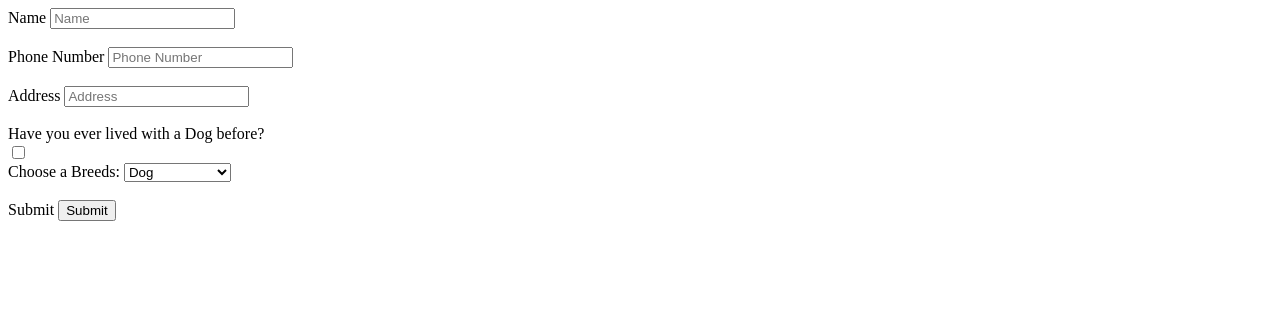
Repository: acciojob/dog-adoption-application-vandanayadav15
Page: main.html
The author's editor kept a copy of each file at every save. The page is drawn from the files as they stood at one save, then again after a run of saves.
The browser window is 1280 px wide. The pictures show the whole page.

Above is the page before, as saved 2022-10-14 11:07:40.

### main.html
<!DOCTYPE html>

<html>

<head>
	<link rel="stylesheet" href="styles.css">
</head>

<body>
	<!-- the entire body must be written by student -->
	<form >
		<label for="name">Name</label>
		<input type="text" id="name" , placeholder="Name" /><br><br>
		<label for="phone number">Phone Number	</label>
		<input type="text" id="phone" placeholder="Phone Number"><br><br>
		<label for="address">Address</label>
		<input type="text" id="address" placeholder="Address"><br><br>
		<label for="dog"> Have you ever lived with a Dog before?</label><br>
		<input type="checkbox" id="checkbox" value="Have you ever lived with a Dog before?"><br>
		<label for="breed">Choose a Breeds:</label>
		<select id="multiselect" name="Please select your preferred breeds">
			<option value="dog">Dog</option>
			<option value="cat">Cat</option>
			<option value="jermansefford">Jermansefford</option>
		</select><br><br>
		<label for="submit">Submit</label>
		<input type="submit" id="submit" value="Submit">

	</form>

	<script type="text/javascript" src="./script.js">
	</script>

</body>

</html>

### styles.css

/* Your CSS Code here. */

Loaded but not shown: script.js (common file)

After the next 2 saves:
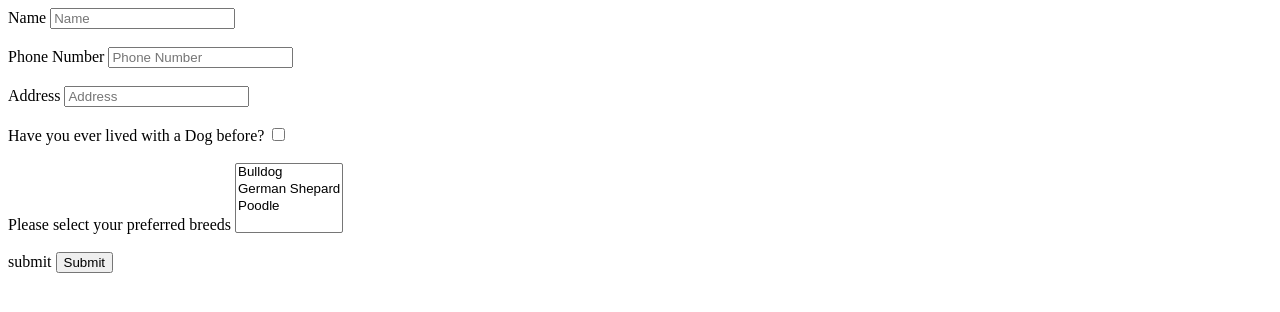
The 2 saves are shown as one change because they came seconds apart.
The last was saved 4 min 58 s later.
--- a/main.html
+++ b/main.html
@@ -8,7 +8,7 @@
 
 <body>
 	<!-- the entire body must be written by student -->
-	<form >
+	<!-- <form >
 		<label for="name">Name</label>
 		<input type="text" id="name" , placeholder="Name" /><br><br>
 		<label for="phone number">Phone Number	</label>
@@ -26,6 +26,29 @@
 		<label for="submit">Submit</label>
 		<input type="submit" id="submit" value="Submit">
 
+	</form> -->
+	<form>
+		<label for "name">Name</label>
+		<input type="text" id="name" placeholder="Name">
+		<br><br>
+		<label for "Phone Number">Phone Number</label>
+		<input type="text" id="phone" placeholder="Phone Number">
+		<br><br>
+		<label for "Address">Address</label>
+		<input type="text" id="address" placeholder="Address">
+		<br><br>
+		<label for "Have you ever lived with a Dog before?">Have you ever lived with a Dog before?</label>
+		<input type="checkbox" id="checkbox" value="Have you ever lived with a Dog before?">
+		<br><br>
+		<label for "Please select your preferred breeds">Please select your preferred breeds</label>
+		<select id="multiSelect" name="Please select your preferred breeds" multiple>
+			<option>Bulldog</option>
+			<option>German Shepard</option>
+			<option>Poodle</option>
+		</select>
+		<br><br>
+		<label for "submit">submit</label>
+		<input type="submit" value="Submit" id="submit">
 	</form>
 
 	<script type="text/javascript" src="./script.js">
